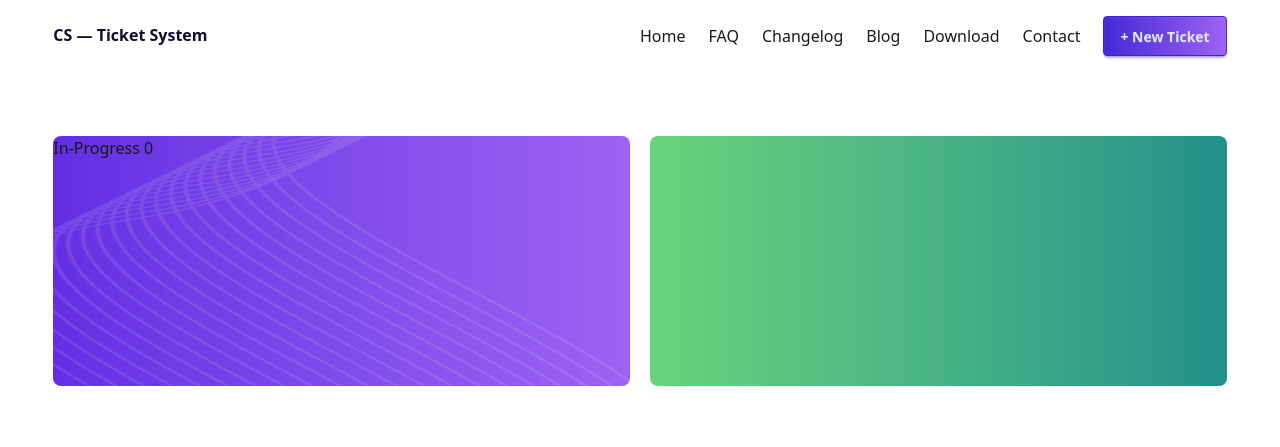
Repository: SanjidaSnigdha/Customer-Support-Zone
Page: /
An editor plug-in stored every save of this project. The page is shown before and after the next save, followed by the edit.
The browser window is 1280 px wide. The pictures show the whole page.
The project was rebuilt for these pictures with package versions that can differ from the ones it lists, and the page was loaded fresh each time. Also part of the build but not shown: vite.config.js, src/App.css.

Above is the page before, as saved 2026-03-24 02:03:39.

After the next save:
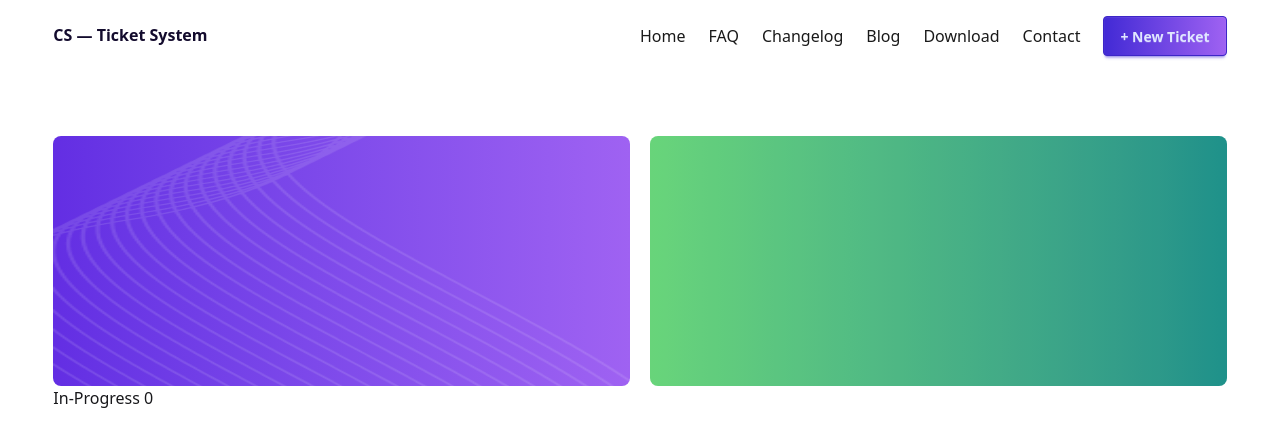
Saved 23 s later.
--- a/src/component/Banner/Banner.jsx
+++ b/src/component/Banner/Banner.jsx
@@ -7,7 +7,7 @@ const Banner = () => {
         <div className='flex justify-between w-11/12 mx-auto mt-20 gap-5'>
             <div className='relative'>
              <img src={vectorImg1} alt="" className=' bg-gradient-to-r from-[#632EE3] to-[#9F62F2] w-[700px] h-[250px] rounded-[8px]'/>
-             <p className='absolute inset-0'>In-Progress 0</p>
+             <p className='absolute'>In-Progress 0</p>
 
             </div>
             <img src={vectorImg2} alt="" className='bg-gradient-to-r from-[#54CF68] to-[#00827A] w-[700px] h-[250px] rounded-[8px]'/>
